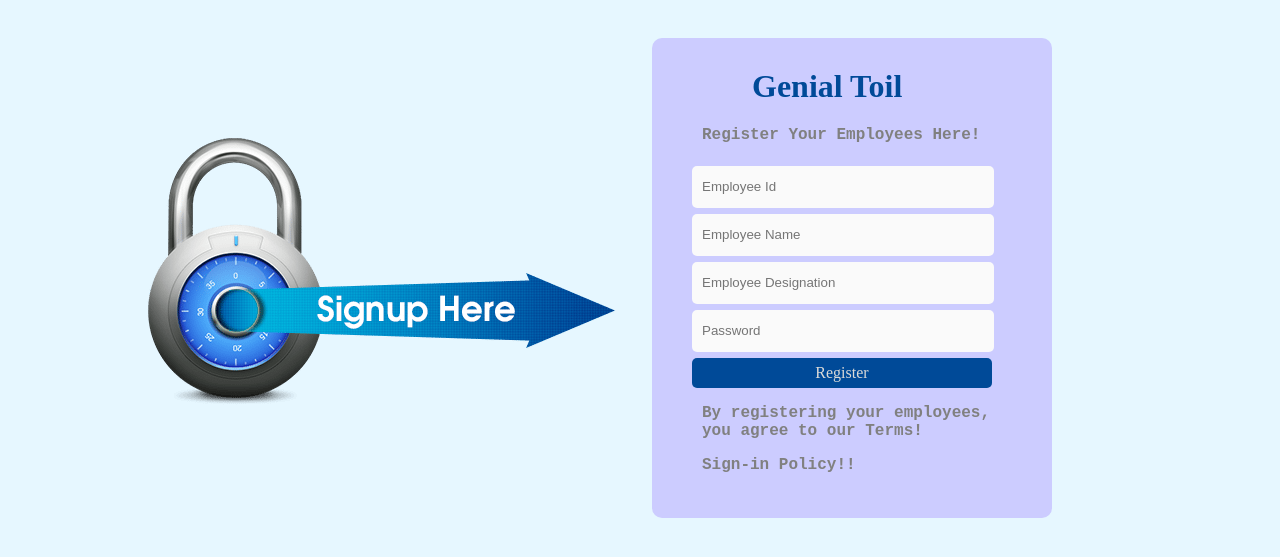
Repository: robin9533/Basic-Programs-App.
Page: GW-Genial Work Proj/GT_GenialToil/WebContent/EmployeeSignup.html
These files come from the project's save history. The page is drawn as it stood at one moment and after the next save; the edit follows.
The browser window is 1280 px wide. The pictures show the whole page.

Above is the page before, as saved 2019-05-10 14:00:05.

### GW-Genial Work Proj/GT_GenialToil/WebContent/EmployeeSignup.html
<!DOCTYPE html>
<html>
<head>
<meta charset="ISO-8859-1">
<title>Employee Registration Form</title>
<link rel="Stylesheet" type="text/css" href="EmployeeSignup.css">
</head>
<body>

	<div class="imgblock">
		<img src="signup.png">
	 </div>

	<div class="registrationblock">
		<h1>Genial Toil</h1>
		<h4>Register Your Employees Here!</h4>


		<Form action="EmployeeSignupServlet">

			<input type="text" name="empId" placeholder="Employee Id"> <input
				type="text" name="empName" placeholder="Employee Name"> <input
				type="text" name="empDes" placeholder="Employee Designation">
			<input type="password" name="empPass" placeholder="Password">
			<button type="button">Register</button>

			<h5>By registering your employees, you agree to our Terms! </h5>
				<h5>Sign-in Policy!!</h5>

		</Form>
	</div>

</body>
</html>

### GW-Genial Work Proj/GT_GenialToil/WebContent/EmployeeSignup.css
@charset "ISO-8859-1";

body{
	background-color: #e6f7ff;
}
.registrationblock {
	height:480px;
	width: 400px;
	float:right;
	margin-top: 30px;
	margin-right: 220px;
	border-radius:10px;
	border:0px solid black;
	background-color: #ccccff;
}

.imgblock{
	height:350px;
	width: 500px;
	float:left;
	margin-top: 120px;
	margin-left: 120px;
	border-radius:10px;
	border:0px solid black;
}
.registrationblock input{
	width: 290px;
	height:40px;
	margin-bottom:6px;
	margin-left:40px;
	padding-left: 10px;
	color:graytext;
	background: #fafafa;
	border: none;
	border:0px solid gray;
	border-radius: 5px;

}
.registrationblock button{
	width:300px;
	height:30px;
	margin-left:40px;
	text-align: center;
	cursor: pointer;
	color: #DADAD8;
	font-family:inherit;
	font-size:16px;
	background: #004A98;
	border-radius:5px;
	border: 0px solid #3897F0;
	}
.registrationblock h1{
	margin-top:30px;
	margin-left: 100px;
	font-family:inherit,Roboto, Helvetica, Arial, sans-serif;
	font-style:normal;
	color: #004A98;
	cursor: default;
	}

.registrationblock h4{
	padding-left:50px;
	padding-right:40px;
	font-family:monospace;
	font-size:16px;
	color: grey;
	cursor: default;
	}
.registrationblock h5{
	padding-left:50px;
	padding-right:30px;
	margin:16px 0px 0px 0px;
	font-family:monospace;
	font-size:16px;
	color: grey;
	cursor: default;
	border: 0px solid black;
	}

After the next save:
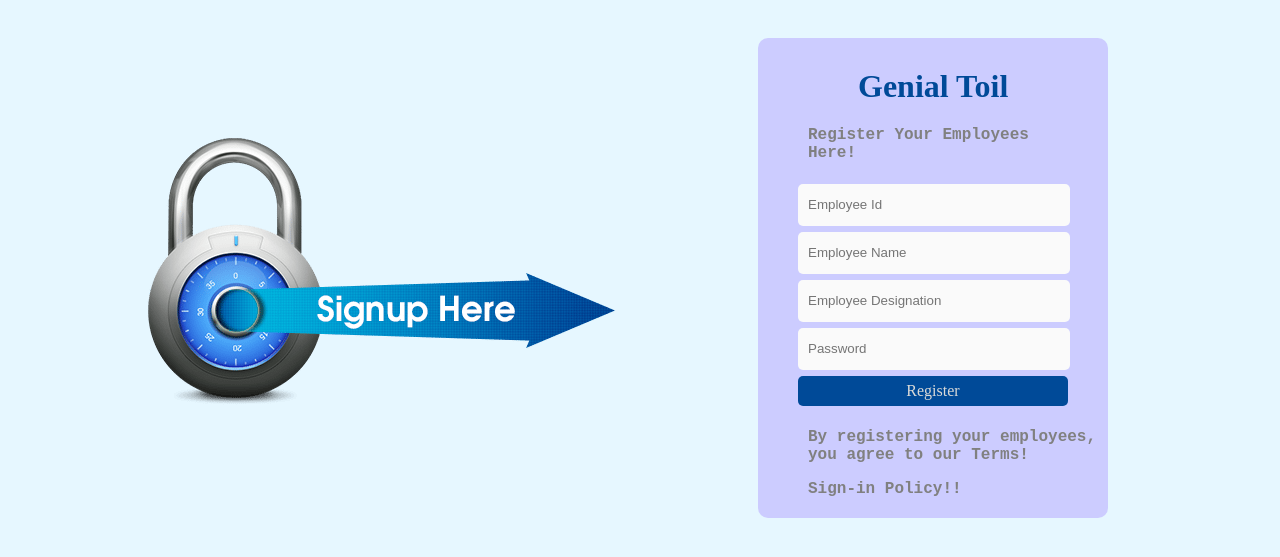
Saved 48 s later.
--- a/GW-Genial Work Proj/GT_GenialToil/WebContent/EmployeeSignup.css
+++ b/GW-Genial Work Proj/GT_GenialToil/WebContent/EmployeeSignup.css
@@ -5,10 +5,10 @@ body{
 }
 .registrationblock {
 	height:480px;
-	width: 400px;
+	width: 350px;
 	float:right;
-	margin-top: 30px;
-	margin-right: 220px;
+	position:fixed;
+	margin: 30px 50px 10px 750px;
 	border-radius:10px;
 	border:0px solid black;
 	background-color: #ccccff;
@@ -24,10 +24,9 @@ body{
 	border:0px solid black;
 }
 .registrationblock input{
-	width: 290px;
+	width: 260px;
 	height:40px;
-	margin-bottom:6px;
-	margin-left:40px;
+	margin: 0px 0px 6px 40px;
 	padding-left: 10px;
 	color:graytext;
 	background: #fafafa;
@@ -37,9 +36,9 @@ body{
 
 }
 .registrationblock button{
-	width:300px;
+	width:270px;
 	height:30px;
-	margin-left:40px;
+	margin: 0px 0px 6px 40px;
 	text-align: center;
 	cursor: pointer;
 	color: #DADAD8;
@@ -68,7 +67,7 @@ body{
 	}
 .registrationblock h5{
 	padding-left:50px;
-	padding-right:30px;
+	padding-right:10px;
 	margin:16px 0px 0px 0px;
 	font-family:monospace;
 	font-size:16px;
@@ -76,3 +75,14 @@ body{
 	cursor: default;
 	border: 0px solid black;
 	}
+
+.registrationblock h6{
+	padding-left:100px;
+	padding-right:10px;
+	margin:16px 0px 0px 0px;
+	font-family:monospace;
+	font-size:16px;
+	color: grey;
+	cursor: default;
+	border: 0px solid black;
+	}
